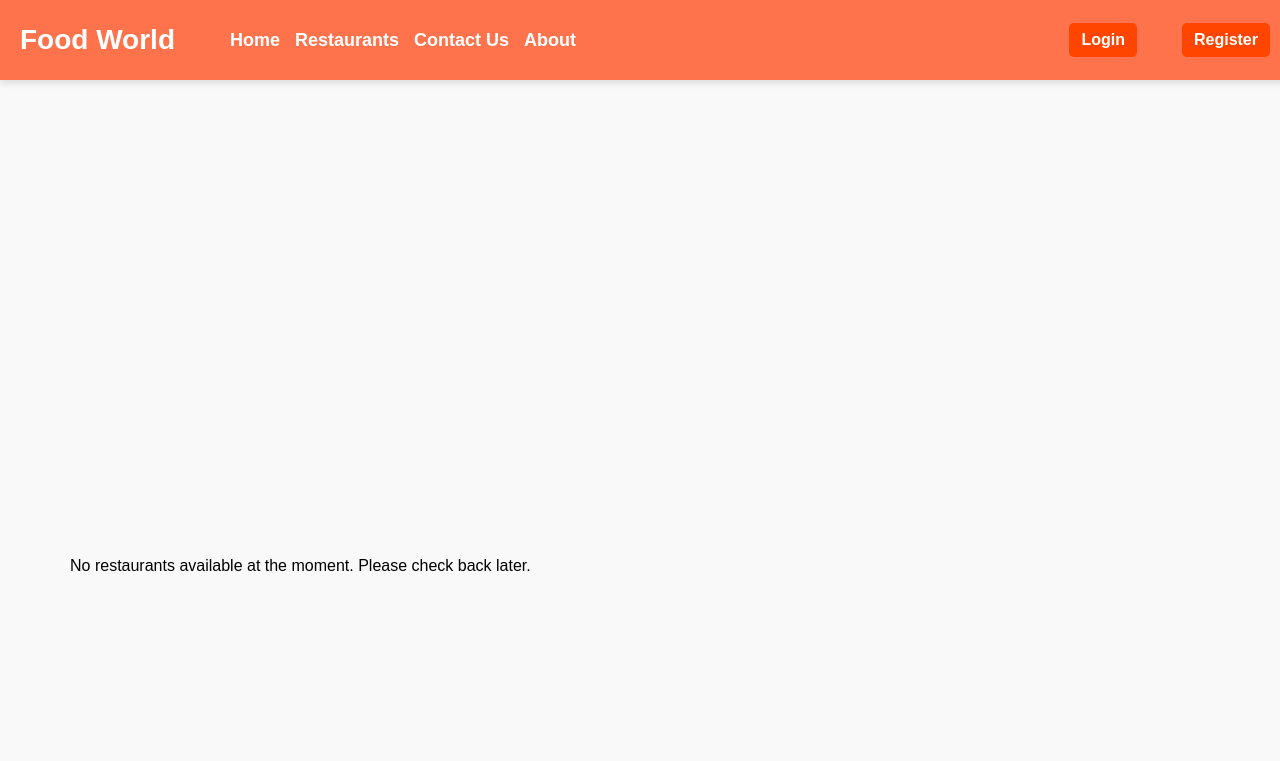
Repository: Sujith-B-S/Food-Application
Page: http://localhost/FoodApplication/home.jsp
The author's editor kept a copy of each file at every save. The page is drawn from the files as they stood at one save, then again after the next save.
The browser window is 1280 px wide. The pictures show the whole page.
Some web fonts or font styles are not loaded; a fallback is used. The page is served by Tomcat 9. Other server files are loaded and not shown.

Above is the page before, as saved 2024-11-20 04:56:00.

### FoodApplication/src/main/webapp/home.jsp
<%@ page language="java" contentType="text/html; charset=UTF-8" pageEncoding="UTF-8"%>
<%@ page import="com.sg.restaurantpojo.Restaurant" %>
<%@ page import="java.util.List" %>
<%@ page import="com.sg.userpojo.User" %>
<!DOCTYPE html>
<html lang="en">
<head>
    <meta charset="UTF-8">
    <meta name="viewport" content="width=device-width, initial-scale=1.0">
    <title>Home - Food Application</title>
    <style>
        /* Google Font */
        @import url('https://fonts.googleapis.com/css2?family=Nunito+Sans:wght@400;600;700&display=swap');

        html {
            scroll-behavior: smooth;
        }

        body {
            margin: 0;
            font-family: 'Nunito Sans', sans-serif;
            background-color: #f9f9f9;
        }

        /* Navbar Styling */
        .navbar {
            position: fixed;
            top: 0;
            width: 100%;
            height: 80px;
            background-color: #FF734C;
            display: flex;
            justify-content: space-between;
            align-items: center;
            padding: 0 20px;
            box-shadow: 0 4px 6px rgba(0, 0, 0, 0.1);
            z-index: 1000;
        }

        .navbar-left .nav{
            display: flex;
            align-items: center;
        }

        .navbar-left {
        	gap : 35px;
            display: flex;
            align-items: center;
        }


        .app-name {
            font-size: 28px;
            font-weight: 700;
            color: white;
            margin-right: 20px;
        }

        nav {
            display: flex;
            gap: 15px;
        }

        .navbar a {
            color: white;
            text-decoration: none;
            font-size: 18px;
            font-weight: 600;
        }

        .navbar a:hover {
            color: black;
        }

        .user-info {
            display: flex;
            align-items: center;
            gap: 15px;
        }

        .user-info p {
            margin: 0;
            color: white;
            font-size: 18px;
        }

        .user-info a {
            color: #fff;
            padding: 8px 12px;
            border-radius: 5px;
            margin-right:30px;
            background-color: #ff4500;
            font-size: 16px;
            text-decoration: none;
            transition: background-color 0.3s ease;
        }

        .user-info a:hover {
            background-color: #ff3300;
        }

        /* Hamburger Menu */
        .hamburger {
            display: none;
            flex-direction: column;
            gap: 5px;
            cursor: pointer;
        }

        .hamburger div {
            width: 25px;
            height: 3px;
            background-color: white;
        }

        .navbar nav {
            display: flex;
        }

        .navbar nav.active {
            display: flex;
            flex-direction: column;
            background-color: #FF734C;
            position: absolute;
            top: 70px;
            left: 0;
            width: 100%;
            padding: 10px 0;
            z-index: 999;
        }

        .container {
        	margin:50px;
            margin-top:500px;
            display: grid;
            grid-template-columns: repeat(auto-fit, minmax(250px, 1fr));
            gap: 50px;
            height:150px;
            padding: 20px;
        }

        .card {
            border: 1px solid #ddd;
            border-radius: 10px;
            margin-bottom:10px;
            background-color: #fff;
            box-shadow: 0 4px 8px rgba(0, 0, 0, 0.1);
            transition: transform 0.3s ease, box-shadow 0.3s ease;
        }

        .card:hover {
            transform: scale(1.05);
            box-shadow: 0 6px 12px rgba(0, 0, 0, 0.2);
        }

        .card img {
            width: 100%;
            height: 250px;
            object-fit: cover;
            -moz-border-radius: 0px;
			-webkit-border-radius: 3px 3px 0px 0px;
			border-radius: 10px 10px 0px 0px;
        }

        .card-content {
            padding: 15px;
            text-align: center;
        }

        .card-content h3 {
            font-size: 1.5rem;
            color: #1E201E;
            margin: 10px 0;
        }

        .card-content p {
            font-size: 0.9rem;
            color: #666;
            margin: 5px 0;
        }
        a{
        	text-decoration: none;
        }

       /*  .card-content button {
            margin-top: 10px;
            padding: 10px 20px;
            font-size: 16px;
            color: white;
            background-color: #FF734C;
            border: none;
            border-radius: 5px;
            cursor: pointer;
            transition: background-color 0.3s ease;
        } */

       /*  .card-content button:hover {
            background-color: #ff3d00;
        } */

        /* Responsive Adjustments */
        @media (max-width: 790px) {
            .hamburger {

                display: flex;
                width: 10px;
            }

            .navbar nav {
                display: none;
            }

            .navbar nav.active {
                display: flex;
            }

            .app-name {
                font-size: 24px;
            }

            .user-info a {
                font-size: 14px;
            }
        }

        @media (max-width: 450px) {
            .hamburger {
                display: flex;
            }

            .navbar nav {
                display: none;
            }

            .navbar nav.active {
                display: flex;
            }

            .app-name {
                font-size: 20px;
            }

            .user-info a {
                font-size: 7px;
            }
        }
    </style>
    <script>
        document.addEventListener('DOMContentLoaded', () => {
            const hamburger = document.querySelector('.hamburger');
            const nav = document.querySelector('.navbar nav');

            hamburger.addEventListener('click', () => {
                nav.classList.toggle('active');
            });
        });
    </script>
</head>
<body>


    <!-- Navbar -->
    <div class="navbar">
        <div class="navbar-left">
            <div class = "title">
            	<p class="app-name">Food World</p>
            </div>
            <div class="hamburger">
                <div></div>
                <div></div>
                <div></div>
            </div>
            <nav>
                <a href="home.jsp">Home</a>
                <a href="restaurants.jsp">Restaurants</a>
                <a href="contact.jsp">Contact Us</a>
                <a href="about.jsp">About</a>
            </nav>
        </div>
        <div class="user-info">
            <%
                User user = (User) session.getAttribute("loggedInUser");
                if (user != null) {
            %>
                <p>Welcome, <%= user.getUsername() %></p>
                <a href="login.jsp">Logout</a>
            <%
                } else {
            %>
                <a href="login.jsp">Login</a>
                <a href="register.jsp">Register</a>
            <%
                }
            %>
        </div>
    </div>

    <a href = "cart.jsp"> <button>Go to Cart</button> </a>

    <!-- Restaurant Cards -->
    <div class="container">
        <%
            List<Restaurant> resList = (List<Restaurant>) session.getAttribute("resList");
            if (resList != null) {
                for (Restaurant res : resList) {
        %>
        <a href="ShowMenu?restaurantId=<%= res.getRestaurantId() %>">
        <div class="card">
            <img src="<%= res.getImage() %>" alt="Restaurant">
            <div class="card-content">
                <h3><%= res.getName() %></h3>
                <p><strong>Cuisine:</strong> <%= res.getCuisineType() %></p>
                <p><strong>Address:</strong> <%= res.getAddress() %></p>
                <p><strong>Ratings:</strong> <%= res.getRatings() %></p>
                <p><strong>Delivery Time:</strong> <%= res.getDeliverTime() %> mins</p>
                <p><strong>Available:</strong> <%= res.getIsActive() ? "Yes" : "No" %></p>



            </div>
        </div>
         </a>
        <%
                }
            } else {
        %>
        <p>No restaurants available at the moment. Please check back later.</p>
        <%
            }
        %>

    </div>


</body>
</html>

After the next save:
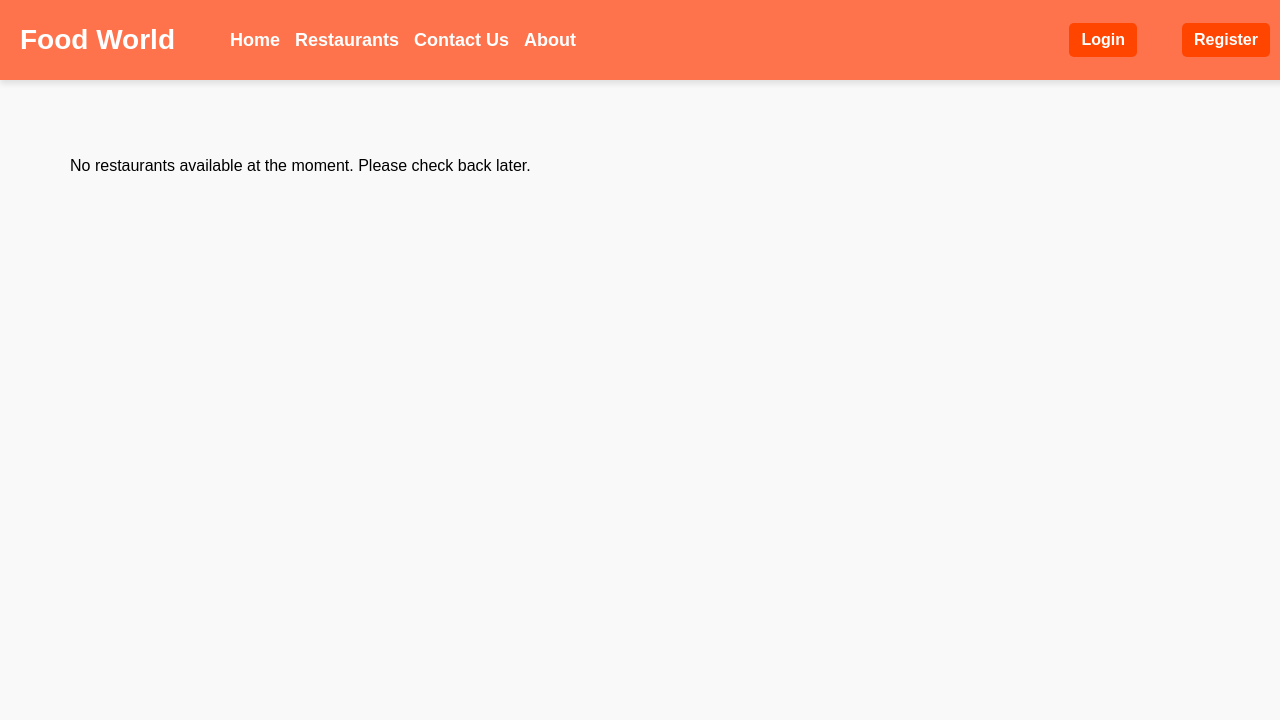
Saved 14 s later.
--- a/FoodApplication/src/main/webapp/home.jsp
+++ b/FoodApplication/src/main/webapp/home.jsp
@@ -131,7 +131,7 @@
 
         .container {
         	margin:50px;
-            margin-top:500px;
+            margin-top:100px;
             display: grid;
             grid-template-columns: repeat(auto-fit, minmax(250px, 1fr));
             gap: 50px;
